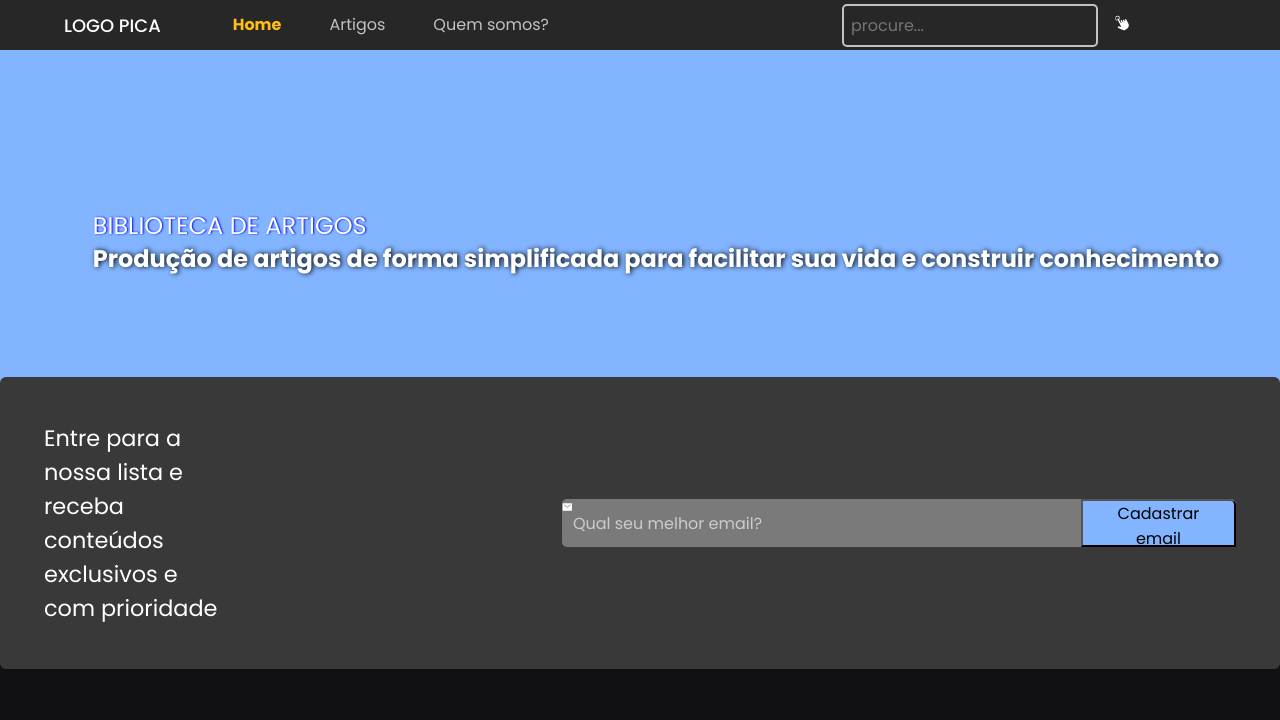
Repository: ArthurHendrich/Inepto
Page: /
These files come from the project's save history. The page is drawn as it stood at one moment and after the next save; the edit follows.
The browser window is 1280 px wide. The pictures show the whole page.
The project was rebuilt for these pictures with package versions that can differ from the ones it lists, and the page was loaded fresh each time. The framework's server and built-in components were replaced by stand-ins that run in the browser. Also part of the build but not shown: next.config.js.

Above is the page before, as saved 2022-07-06 20:36:45.

After the next save:
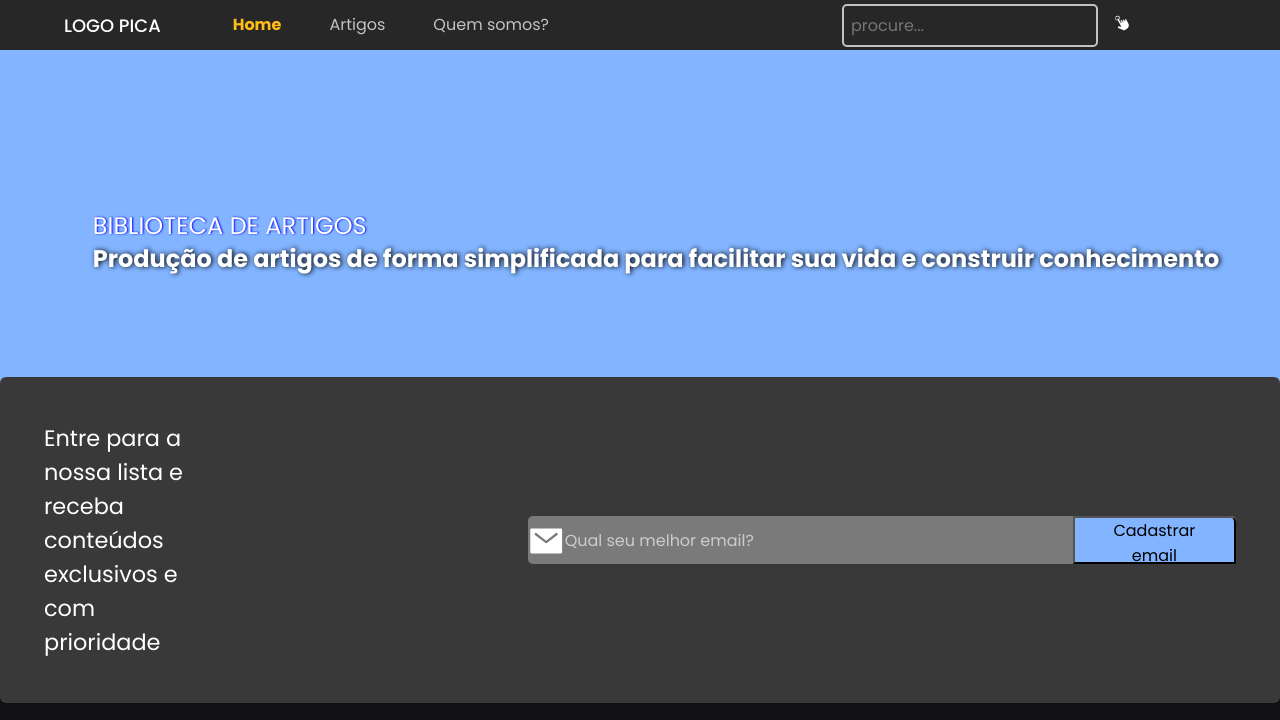
Saved 60 s later.
--- a/src/styles/home.module.scss
+++ b/src/styles/home.module.scss
@@ -71,8 +71,15 @@
         border-top-right-radius: 6px;
         background-color: var(--blue-500);
       }
+
+      .mail{
+        height: 50px;
+        width: 50px;
+      }
     }
   }
+
+
   *::placeholder {
     color: var(--gray-200);
   }
